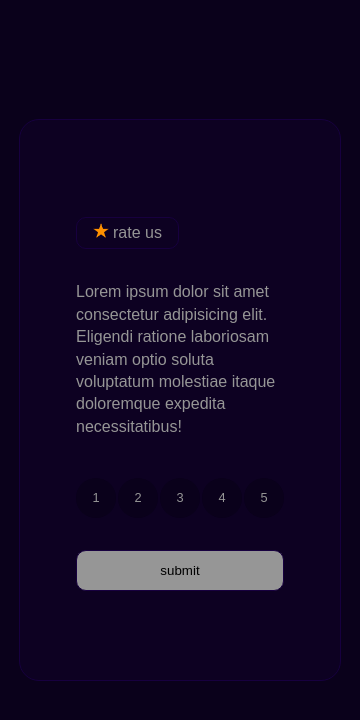
Repository: russel-success/xcodepp-TASK-2
Page: index.html
These files come from the project's save history. The page is drawn as it stood at one moment and after the next save; the edit follows.
The browser window is 360 px wide. The pictures show the whole page.

Above is the page before, as saved 2024-05-25 10:17:28.

After the next save:
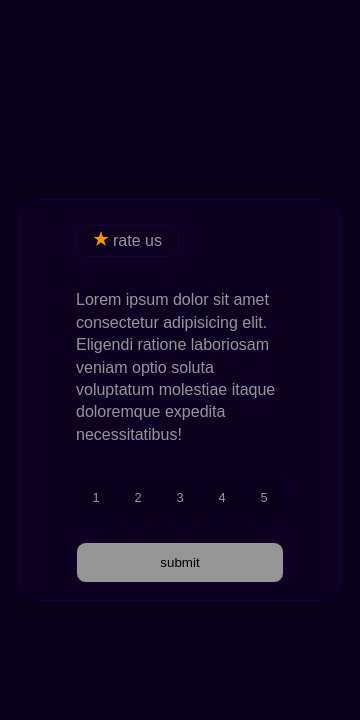
Saved 6 s later.
--- a/styles/styles.css
+++ b/styles/styles.css
@@ -110,7 +110,7 @@
     font-size:0.9rem;
    }
    .card-container{
-    height:60%;
+    height:40%;
    }
    .rating{
     width:40px;
